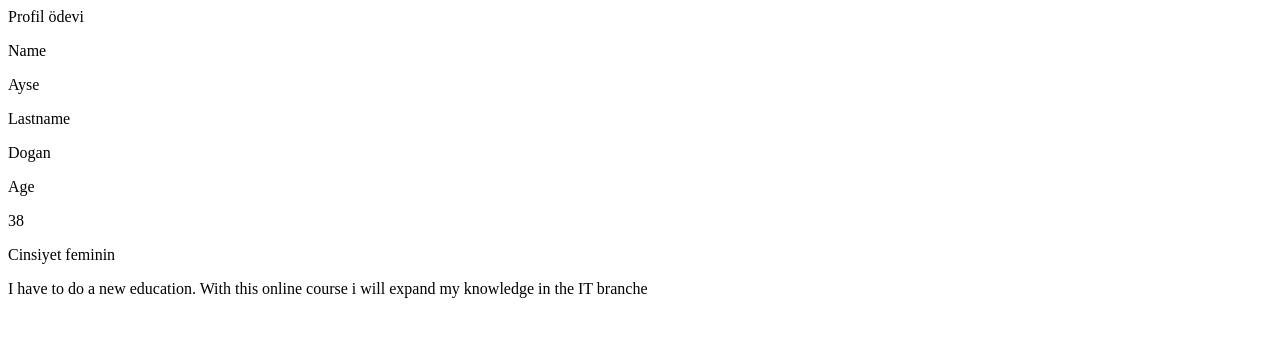
Repository: aysedo/html
Page: Week_2/profile/index.html
The author's editor kept a copy of each file at every save. The page is drawn from the files as they stood at one save, then again after the next save.
The browser window is 1280 px wide. The pictures show the whole page.

Above is the page before, as saved 2021-08-25 21:53:08.

### Week_2/profile/index.html
<!DOCTYPE html>
<html lang="en">
  <head>
    <meta charset="UTF-8" />
    <meta http-equiv="X-UA-Compatible" content="IE=edge" />
    <meta name="viewport" content="width=device-width, initial-scale=1.0" />
    <title>Document</title>
  </head>
  <body>
    <titel>Profil ödevi</titel>
        <tr>
          <p> Name </p>
          <p> Ayse </p>
          <p> Lastname </p>
          <p> Dogan </p>
          <p> Age </p>
          <p> 38 </p>
          <tr>
          <td>Cinsiyet</td>
          <td>feminin</td>
          <tr/>
          <p>I have to do a new education. With this online course i will expand my knowledge in the IT branche</p>

          <address> </address>
        </tr>
      </table>

  </body>
</html>

After the next save:
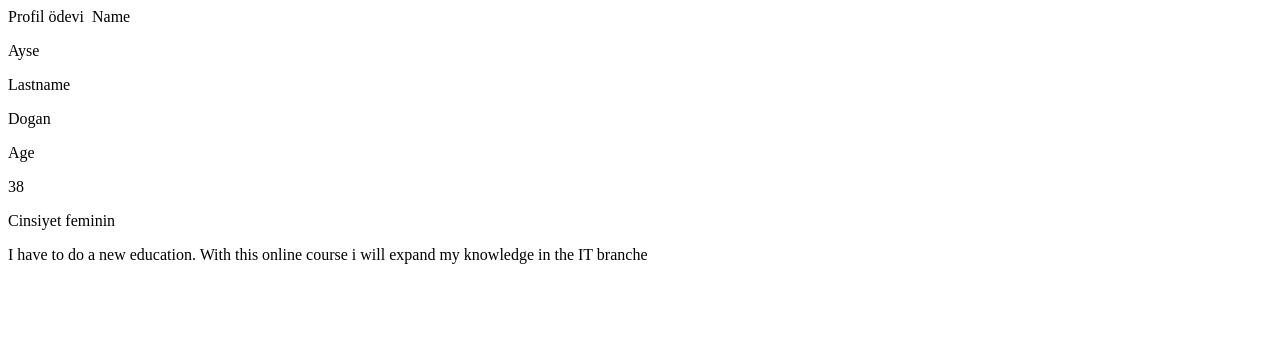
Saved 40 s later.
--- a/Week_2/profile/index.html
+++ b/Week_2/profile/index.html
@@ -8,7 +8,7 @@
   </head>
   <body>
     <titel>Profil ödevi</titel>
-        <tr>
+    <img source=""
           <p> Name </p>
           <p> Ayse </p>
           <p> Lastname </p>
